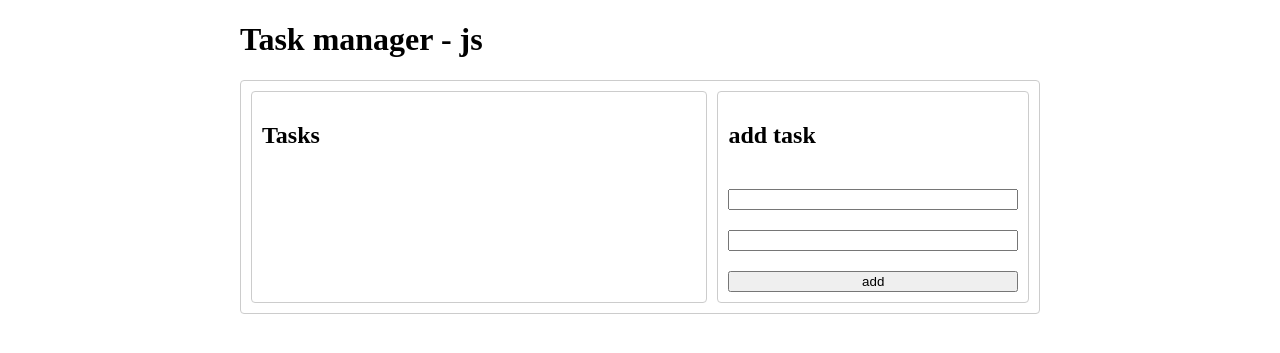
Repository: iKrekus/taskmgr-js
Page: index.html
An editor plug-in stored every save of this project. The page is shown before and after the next save, followed by the edit.
The browser window is 1280 px wide. The pictures show the whole page.

Above is the page before, as saved 2024-03-15 15:00:40.

### index.html
<!DOCTYPE html>
<html>
<head>
  <meta charset='utf-8'>
  <meta http-equiv='X-UA-Compatible' content='IE=edge'>
  <title>Task manager - js</title>
  <meta name='viewport' content='width=device-width, initial-scale=1'>
  <link rel='stylesheet' type='text/css' media='screen' href='style.css'>
</head>
<body>
<main class="task-mgr">
  <h1>Task manager - js</h1>
  <div class="task-mgr__container container">
    <div class="task-mgr__tasks-box container">
      <h2>Tasks</h2>
      <ul class="task-mgr__list">
      </ul>
    </div>
    <div class="task-mgr__add-task container">
      <h2>add task</h2>
      <label for="title">
        <input type="text" name="title" id="task-title" class="task-mgr__field">
      </label>
      <label for="description">
        <input type="text" name="description" id="task-description" class="task-mgr__field">
      </label>
      <button type="button" class="btn btn__add" id="btn-add">add</button>
    </div>
  </div>
</main>
<template id="task-tmpl">
  <li>
  <p class="task-title"></p>
  <p class="task-description"></p>
  <button type="button" class="btn btn__remove">Clear</button>
  </li>
</template>
<script src='app.js'></script>
</body>
</html>

### style.css
.task-mgr {
  max-width: 800px;
  margin: 0 auto;
}

.task-mgr__list {
  list-style-type: none;
  padding: 0;
}

.task-mgr__container {
  display: flex;
  gap: 10px;
}

.task-mgr__tasks-box {
  width: 60%;
}

.task-mgr__add-task {
  width: 40%;
  display: flex;
  flex-direction: column;
  gap: 20px;

}

.task-mgr__add-task label {
  display: flex;
  flex-direction: row;
}


.task-mgr__field {
  width: 100%;
  padding: 1px 5px;
}

.task-mgr-btn {
  width: 100%;
}

.container {
  border: 1px solid #cccccc;
  border-radius: 4px;
  padding: 10px;
}

### app.js
const taskTitleField = document.querySelector('#task-title');
const taskDescriptionField = document.querySelector('#task-description');
const buttonAdd = document.querySelector('#btn-add');
const taskTitle = document.querySelector('.task-mgr__list');
const taskTemplate = document.querySelector('#task-tmpl').content;

buttonAdd.addEventListener('click', function () {
  if (taskTitleField.value && taskDescriptionField.value) {
  createTask(taskTitleField.value, taskDescriptionField.value);
  clear();
  }

})

function clear(){
  taskTitleField.value='';
  taskDescriptionField.value='';
};

function createTask (name, description) {
  const task = taskTemplate.cloneNode(true);
  task.querySelector('.task-title').textContent = name;
  task.querySelector('.task-description').textContent = description;
  task.querySelector('.btn__remove').addEventListener('click', function(){
    this.closest('LI').remove();
  });
  renderTask(task)
}

function renderTask (task) {
  const taskElement = document.createDocumentFragment();
  taskElement.append(task);
  taskTitle.append(taskElement);
}

After the next save:
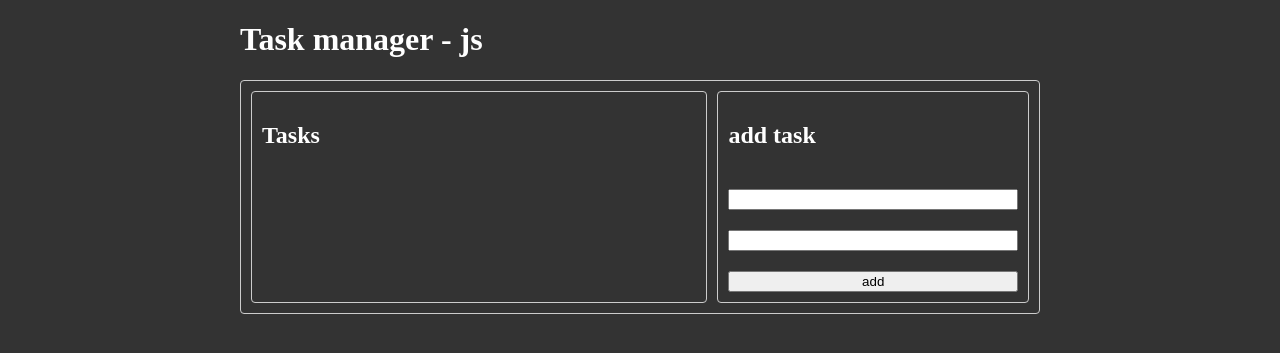
Saved 63 s later.
--- a/style.css
+++ b/style.css
@@ -1,3 +1,8 @@
+body {
+  background-color: #333333;
+  color: #ffffff;
+}
+
 .task-mgr {
   max-width: 800px;
   margin: 0 auto;
